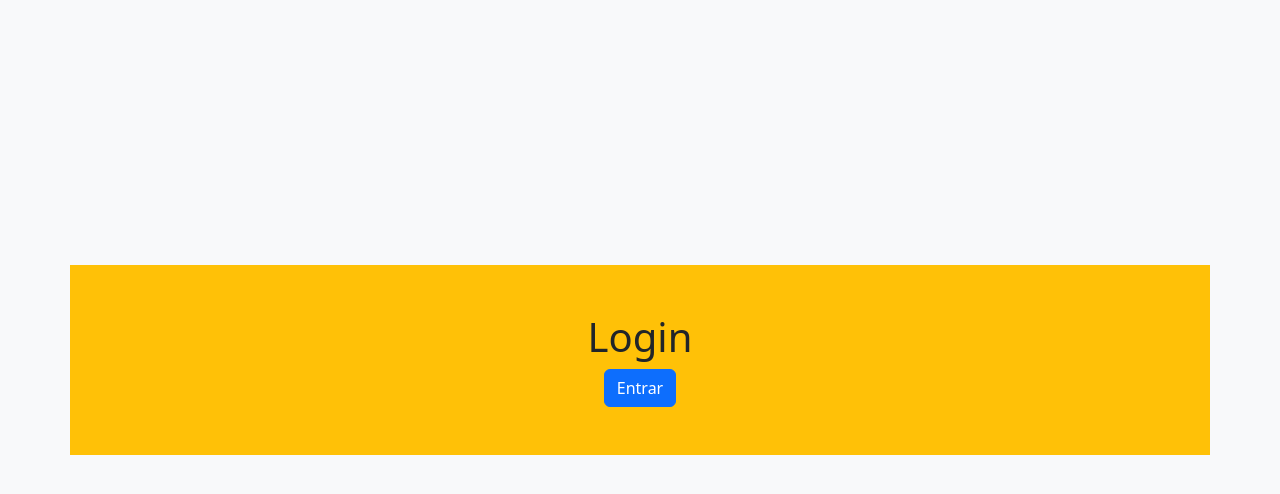
Repository: gabrielwodtke282/PetShop-fofinhos
Page: front-end/index.html
The author's editor kept a copy of each file at every save. The page is drawn from the files as they stood at one save, then again after the next save.
The browser window is 1280 px wide. The pictures show the whole page.

Above is the page before, as saved 2026-03-23 09:34:30.

### front-end/index.html
<!DOCTYPE html>
<html lang="pt-BR">

<head>
    <meta charset="UTF-8">
    <meta name="viewport" content="width=device-width, initial-scale=1.0">
    <title>Fofinhos Petshop</title>

    <link href="https://cdn.jsdelivr.net/npm/bootstrap@5.3.8/dist/css/bootstrap.min.css" rel="stylesheet">
</head>

<body class=" bg-light">
    <div class="d-flex justify-content-center align-items-center vh-100">
        <div class="container bg-warning p-5 text-center w-300">
            <h1>Login</h1>
            <button class="btn btn-primary">Entrar</button>
        </div>
    </div>
</body>

</html>

After the next save:
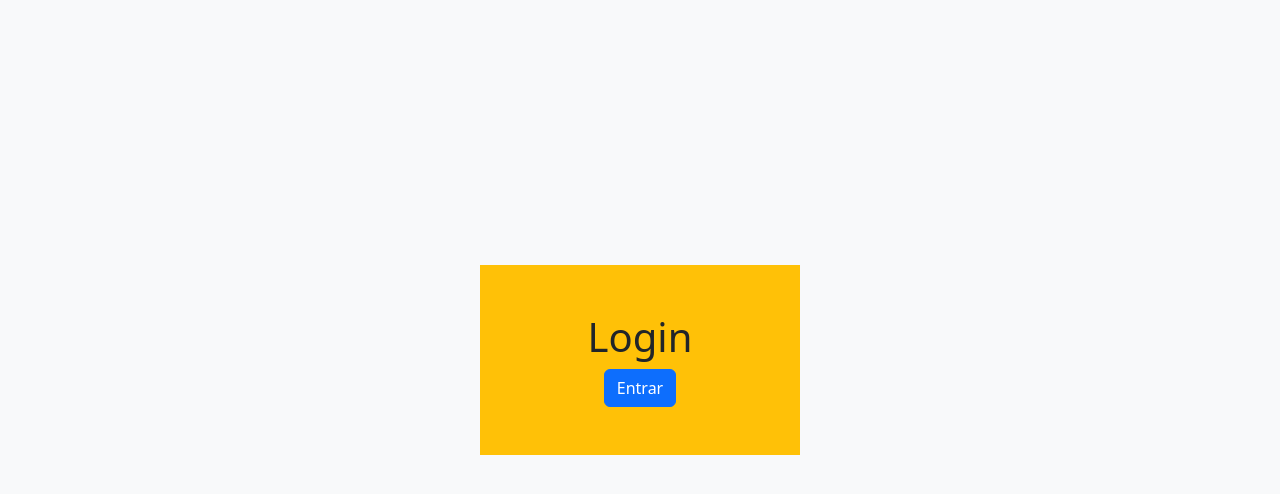
Saved 39 s later.
--- a/front-end/index.html
+++ b/front-end/index.html
@@ -11,7 +11,7 @@
 
 <body class=" bg-light">
     <div class="d-flex justify-content-center align-items-center vh-100">
-        <div class="container bg-warning p-5 text-center w-300">
+        <div class="bg-warning p-5 text-center w-25">
             <h1>Login</h1>
             <button class="btn btn-primary">Entrar</button>
         </div>
